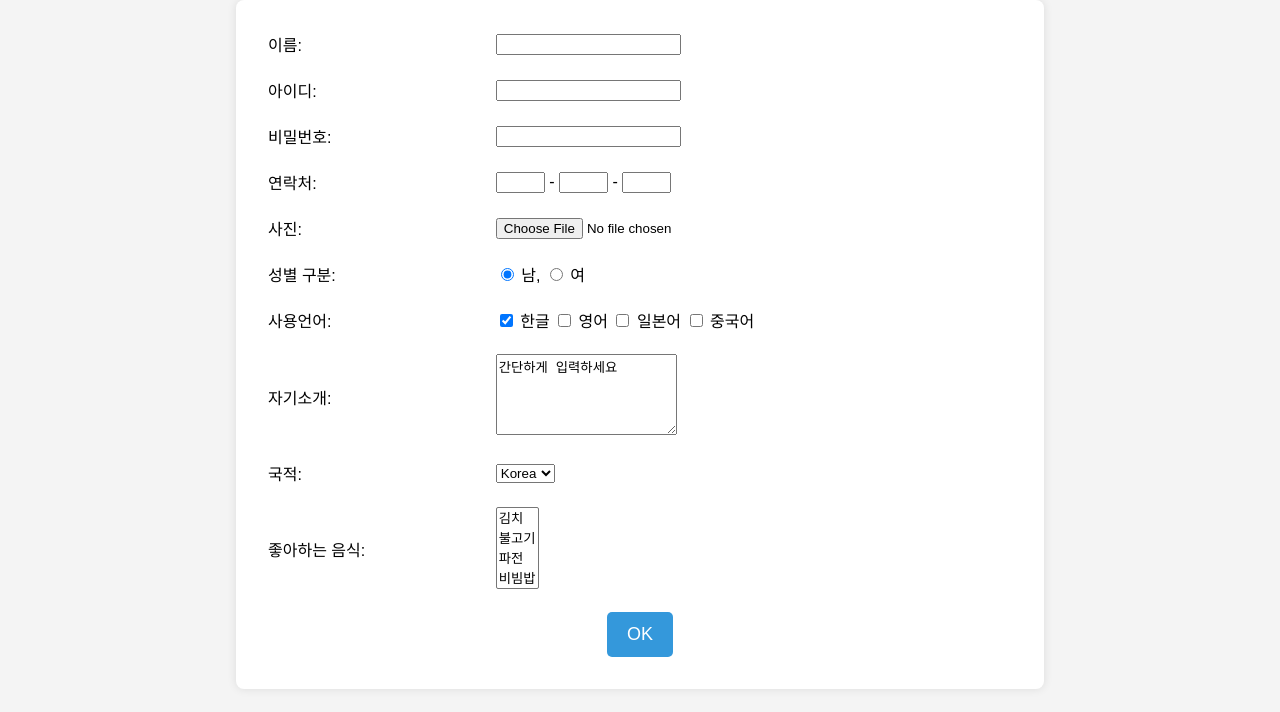
Repository: tjdwlsaos22/TJ_JSP
Page: jsp/HTML/src/main/webapp/Lec06.html
The author's editor kept a copy of each file at every save. The page is drawn from the files as they stood at one save, then again after the next save.
The browser window is 1280 px wide. The pictures show the whole page.

Above is the page before, as saved 2024-01-17 05:18:31.

### jsp/HTML/src/main/webapp/Lec06.html
<!DOCTYPE html>
<html>
	<head>
		<meta charset="UTF-8">
		<title>Registration Form</title>
		<style>
			body {
				font-family: Arial, sans-serif;
				background-color: #f4f4f4;
				margin: 0;
				padding: 0;
			}
			form {
				width: 60%;
				margin: auto;
				background-color: #fff;
				padding: 20px;
				border-radius: 8px;
				box-shadow: 0 0 10px rgba(0, 0, 0, 0.1);
			}
			table {
				width: 100%;
			}
			td {
				padding: 10px;
			}
			textarea {
				resize: vertical;
			}
			input[type="submit"] {
			background-color: #3498db;
            color: #fff;
            cursor: pointer;
            border: none;
            padding: 12px 20px;
            border-radius: 5px;
            font-size: 18px;
            transition: background-color 0.3s;
			}
			input[type="submit"]:hover {
				background-color: #45a049;
			}
		</style>
	</head>
	<body>
		<form action="#" method="get">
			<table>
				<tr>
					<td>이름:</td>
					<td><input type="text" name="userName"></td>
				</tr>
				<tr>
					<td>아이디:</td>
					<td><input type="text" name="userId"></td>
				</tr>
				<tr>
					<td>비밀번호:</td>
					<td><input type="password" name="userPassword"></td>
				</tr>
				<tr>
					<td>연락처:</td>
					<td>
						<input type="text" name="phone1" size="3"> -
						<input type="text" name="phone2" size="3"> -
						<input type="text" name="phone3" size="3">
					</td>
				</tr>
				<tr>
					<td>사진:</td>
					<td><input type="file" name="picture"></td>
				</tr>
				<tr>
					<td>성별 구분:</td>
					<td>
						<input type="radio" name="gender" value="man" checked="checked"> 남,
						<input type="radio" name="gender" value="woman"> 여
					</td>
				</tr>
				<tr>
					<td>사용언어:</td>
					<td>
						<input type="checkbox" name="lang" value="kor" checked="checked"> 한글
						<input type="checkbox" name="lang" value="eng"> 영어
						<input type="checkbox" name="lang" value="jpn"> 일본어
						<input type="checkbox" name="lang" value="chn"> 중국어
					</td>
				</tr>
				<tr>
					<td>자기소개:</td>
					<td><textarea rows="5" cols="20" name="introduce">간단하게 입력하세요</textarea></td>
				</tr>
				<tr>
					<td>국적:</td>
					<td>
						<select name="nationally">
							<option>Korea</option>
							<option>USA</option>
							<option>Japan</option>
							<option>China</option>
						</select>
					</td>
				</tr>
				<tr>
					<td>좋아하는 음식:</td>
					<td>
						<select multiple="multiple" name="food">
							<option>김치</option>
							<option>불고기</option>
							<option>파전</option>
							<option>비빔밥</option>
						</select>
					</td>
				</tr>
				<tr>
					<td colspan="2" align="center"><input type="submit" name="order" value="OK"></td>
				</tr>
			</table>
		</form>
	</body>
</html>

After the next save:
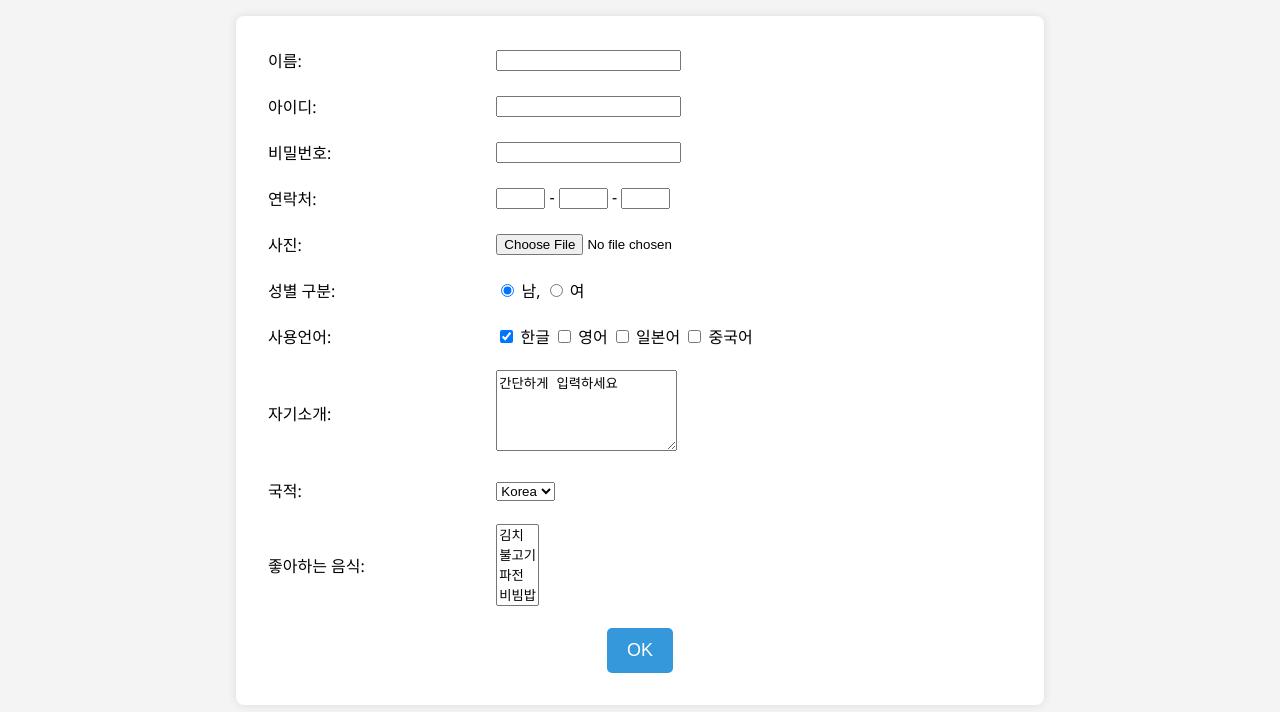
Saved 39 s later.
--- a/jsp/HTML/src/main/webapp/Lec06.html
+++ b/jsp/HTML/src/main/webapp/Lec06.html
@@ -5,10 +5,14 @@
 		<title>Registration Form</title>
 		<style>
 			body {
-				font-family: Arial, sans-serif;
-				background-color: #f4f4f4;
-				margin: 0;
-				padding: 0;
+				  font-family: 'Segoe UI', Tahoma, Geneva, Verdana, sans-serif;
+            background-color: #f4f4f4;
+            margin: 0;
+            padding: 0;
+            display: flex;
+            justify-content: center;
+            align-items: center;
+            height: 100vh;
 			}
 			form {
 				width: 60%;
